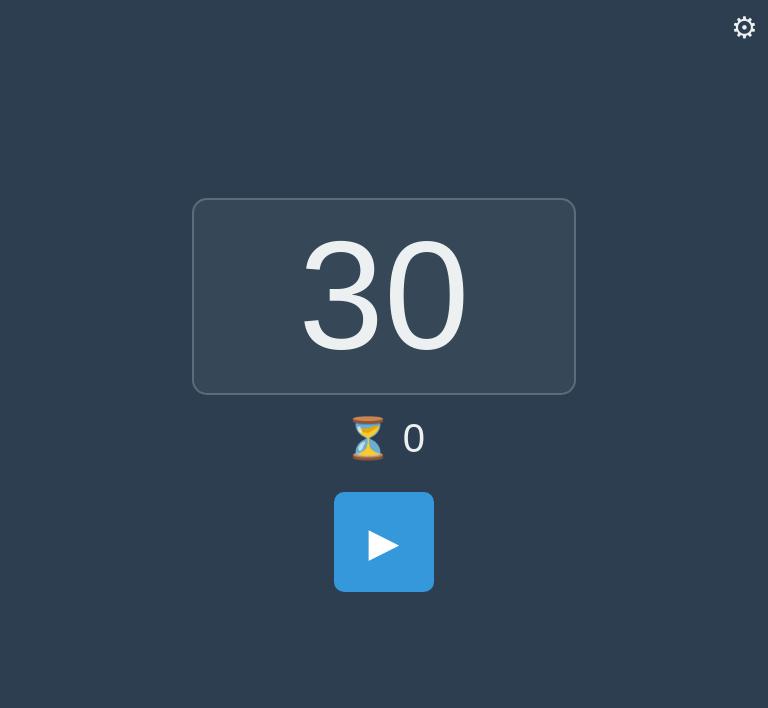
Repository: STnaidoo/poker-shot-clock
Page: index.html
The author's editor kept a copy of each file at every save. The page is drawn from the files as they stood at one save, then again after the next save.
The browser window is 768 px wide. The pictures show the whole page.

Above is the page before, as saved 2024-10-31 16:26:53.

After the next save:
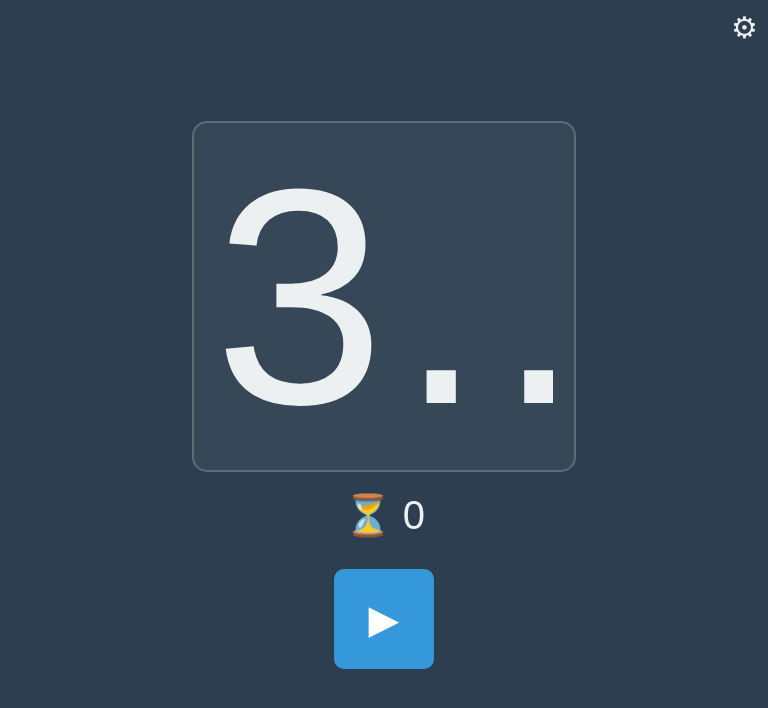
Saved 116 s later.
--- a/index.html
+++ b/index.html
@@ -104,6 +104,13 @@
         .button:active {
             background-color: #2980b9;
         }
+
+        /* Added media query for tablets and phones */
+        @media (max-width: 768px) {
+            #timer {
+                font-size: 40vw;
+            }
+        }
     </style>
 </head>
 <body>
